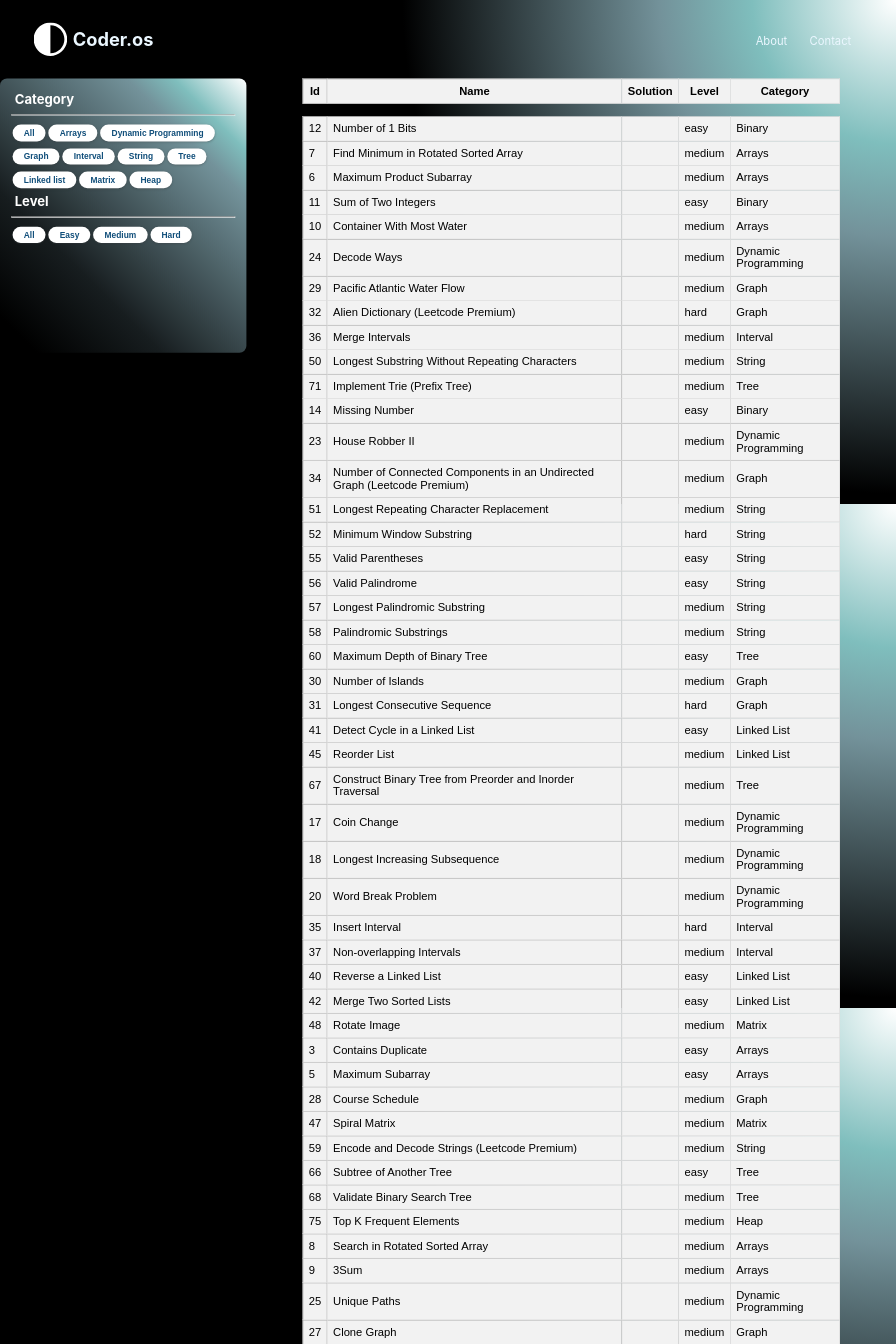
Repository: xoshiraghavx/Coder.os
Page: /mainpage (app in my-app/)
The author's editor kept a copy of each file at every save. The page is drawn from the files as they stood at one save, then again after the next save.
The browser window is 1280 px wide. The pictures show the part of the page from y = 0 to 1920 px (the page is 3026 px tall before and 3256 px after), at 70% of full size.
Backgrounds fixed to the window are drawn as part of the page. The project was rebuilt for these pictures with package versions that can differ from the ones it lists, and the page was loaded fresh each time. Also part of the build but not shown: my-app/src/components/Home/Home.css, my-app/src/components/Home/Home.jsx.

Above is the page before, as saved 2022-12-17 14:08:51.

After the next save:
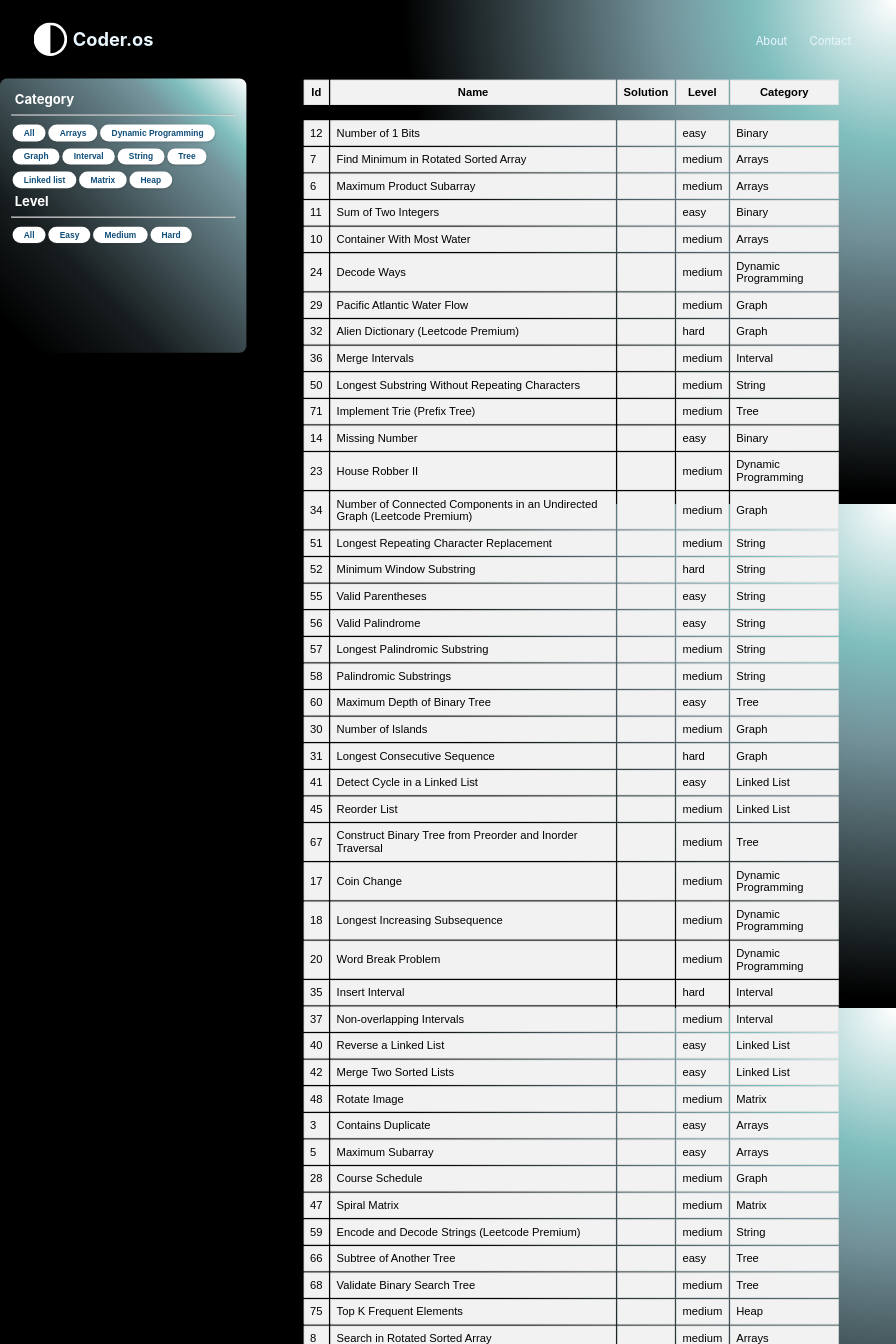
Saved 11 s later.
--- a/my-app/src/components/MainPage/QuestionBank.css
+++ b/my-app/src/components/MainPage/QuestionBank.css
@@ -12,7 +12,7 @@
 table{
     width: 100%;
     font-family: Arial, Helvetica, sans-serif;
-    border-collapse: collapse;
+    /* border-collapse: collapse; */
     border-radius: 10px;
 
 }

After the 2 saves that followed:
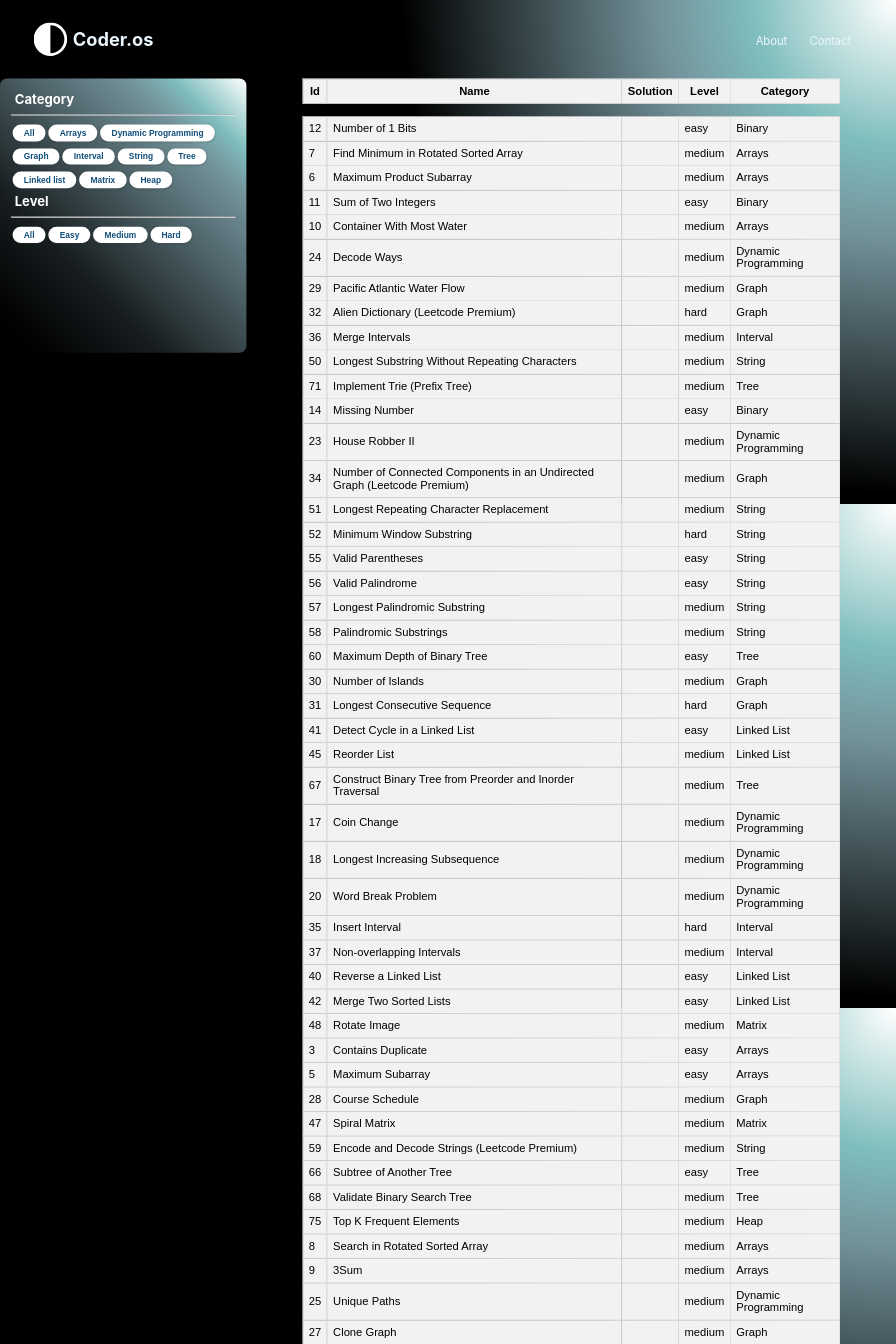
The 2 saves are shown as one change because they came seconds apart.
The last was saved 6 s later.
--- a/my-app/src/components/MainPage/QuestionBank.css
+++ b/my-app/src/components/MainPage/QuestionBank.css
@@ -12,8 +12,7 @@
 table{
     width: 100%;
     font-family: Arial, Helvetica, sans-serif;
-    /* border-collapse: collapse; */
-    border-radius: 10px;
+    border-collapse: collapse;
 
 }
  table tr:nth-child(even){background-color: #f2f2f2;}
